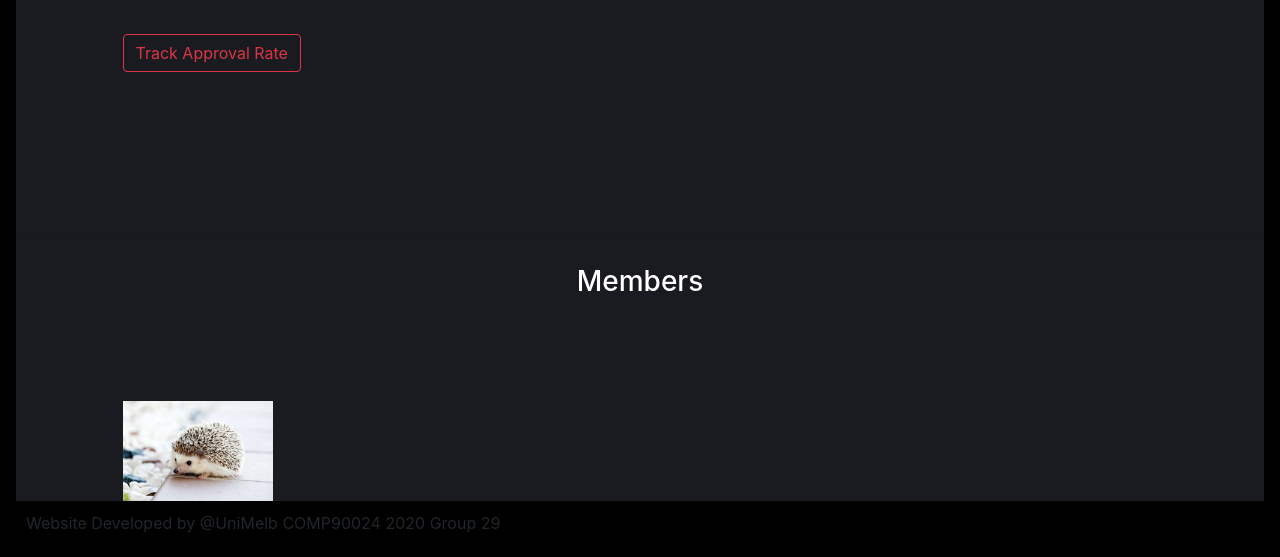
Repository: gusyi/COMP90024_Team29
Page: frontend/templates/frontend/home.html
These files come from the project's save history. The page is drawn as it stood at one moment and after the next save; the edit follows.
The browser window is 1280 px wide. The pictures show the part of the page from y = 679 to 1336 px (the page is 1236 px tall before and 1336 px after).
Some web libraries are served in a nearby version. The template is drawn by Django 3.2. The application's start-up code is not run. Other server files are loaded and not shown. The template is opened directly, without the code that normally fills it, so the values that code supplies are empty.

Above is the page before, as saved 2020-05-25 23:22:54.

### backend/frontend/templates/frontend/home.html
{% extends "base_generic.html" %}

{% block main%}

    <div style="background-color:rgb(25, 27, 33);">


    <div style="height: 30px"></div>

    <div class="row">
        <div class="col-sm-1"></div>
        <div class="col-sm-6">
           <div style="height: 70px"></div>
            <h1 style="font-size:100px;color:white;" > Scott Morrison</h1>
            <svg height="30" width="1000">
                <line x1="0" y1="30" x2="400" y2="30" style="stroke:rgb(255,255,255);stroke-width:20" />
            </svg>
            <div style="height: 20px"></div>
            <h1 style="font-size:50px;color:white;" > A Sentiment Analysis on</h1>
            <h1 style="font-size:50px;color:white;" > Twitter Content</h1>

            <div style="height: 80px"></div>
            <a href="/map/"><button type="button" class="btn btn-outline-danger">Track Approval Rate</button></a>


        </div>
        <div class="col-sm-5">
            <div style="height: 50px"></div>
            {% load static %}
            <img src="{% static 'frontend/images/test2.svg' %}" width="500" height="500"/>


        </div>

    </div>
    <div style="height: 150px"></div>
    <hr>
    <div style="height: 10px"></div>
    <h3  style="text-align: center;color:white;"> Members</h3>
    <svg height="5" width="1000">
        <line x1="0" y1="30" x2="400" y2="30" style="stroke:rgb(255,255,255);stroke-width:50" />
    </svg>
    <br>
    <div style="height: 20px"></div>
    <div class="row">
        <div class="col-sm-1"></div>
        <div class="col-sm-2">
            <div style="height: 50px"></div>
            {% load static %}
            <img src="{% static 'frontend/images/pic1.jpeg' %}" width="150" height="100"/>


        </div>

    </div>



    <div>

    </div>
    </div>



{% endblock %}

### backend/frontend/templates/base_generic.html
<!doctype html>
<html lang="en">
  <head>
    <meta charset="utf-8">
    <meta name="viewport" content="width=device-width, initial-scale=1, shrink-to-fit=no">
    <meta name="description" content="">
    <meta name="author" content="Mark Otto, Jacob Thornton, and Bootstrap contributors">
    <meta name="generator" content="Jekyll v3.8.6">
    {% block title %}<title>Morrison Index</title>{% endblock %}


    <link rel="canonical" href="https://getbootstrap.com/docs/4.4/examples/cover/">

  {% load static %}
  <link rel="stylesheet" href="{% static 'frontend/bootstrap.min.css' %}">
  <script src="https://kit.fontawesome.com/e01ef97213.js" crossorigin="anonymous"></script>

    <!-- Favicons -->
<link rel="apple-touch-icon" href="/docs/4.4/assets/img/favicons/apple-touch-icon.png" sizes="180x180">
<link rel="icon" href="/docs/4.4/assets/img/favicons/favicon-32x32.png" sizes="32x32" type="image/png">
<link rel="icon" href="/docs/4.4/assets/img/favicons/favicon-16x16.png" sizes="16x16" type="image/png">
<link rel="manifest" href="/docs/4.4/assets/img/favicons/manifest.json">
<link rel="mask-icon" href="/docs/4.4/assets/img/favicons/safari-pinned-tab.svg" color="#563d7c">
<link rel="icon" href="/docs/4.4/assets/img/favicons/favicon.ico">
<meta name="msapplication-config" content="/docs/4.4/assets/img/favicons/browserconfig.xml">
<meta name="theme-color" content="#563d7c">

    <style>
        #footer {

            padding: 10px 10px 0px 10px;
            bottom: 0;
            width: 100%;
            /* Height of the footer*/
            height: 40px;
            background: dark;
        }
        .bd-placeholder-img {
          font-size: 1.125rem;
          text-anchor: middle;
          -webkit-user-select: none;
          -moz-user-select: none;
          -ms-user-select: none;
          user-select: none;
        }

        @media (min-width: 768px) {
          .bd-placeholder-img-lg {
            font-size: 3.5rem;
          }
        }
    </style>

  </head>
  <header class="masthead mb-auto">
    <div class="inner">

        <nav class="navbar navbar-expand-lg navbar-dark bg-black">

            {% load static %}
            <img src="{% static 'frontend/images/website_logo_90_675.svg' %}" width="90" height="67"/>
            <a class="navbar-brand" href="/">Morrison Index</a>
            <button class="navbar-toggler" type="button" data-toggle="collapse" data-target="#navbarColor02" aria-controls="navbarColor02" aria-expanded="false" aria-label="Toggle navigation">
                <span class="navbar-toggler-icon"></span>
            </button>


            <div class="collapse navbar-collapse" id="navbarColor02">
                <ul class="navbar-nav mr-auto">
                <li class="nav-item active">
                    <a class="nav-link" href="/">Home <span class="sr-only">(current)</span></a>
                </li>
                <li class="nav-item">
                    <a class="nav-link" href="/map/">Map and Statistics</a>
                </li>
                </ul>

            </div>
        </nav>
    </div>
  </header>
  <body style="background-color:black;">

  {% load static %}
  <script src="{% static "frontend/main.js" %}"></script>
    <div class="cover-container d-flex w-100 h-100 p-3 mx-auto flex-column">


  <main role="main" class="inner cover">
  {% block main%}
  {% endblock%}

  </main>

  <div id="footer" >
    <div class="inner">
      <p>Website Developed by @UniMelb COMP90024 2020 Group 29</p>
    </div>
  </div>
</div>
</body>
<script src="https://code.jquery.com/jquery-3.4.1.slim.min.js" integrity="sha384-J6qa4849blE2+poT4WnyKhv5vZF5SrPo0iEjwBvKU7imGFAV0wwj1yYfoRSJoZ+n" crossorigin="anonymous"></script>
<script src="https://cdn.jsdelivr.net/npm/popper.js@1.16.0/dist/umd/popper.min.js" integrity="sha384-Q6E9RHvbIyZFJoft+2mJbHaEWldlvI9IOYy5n3zV9zzTtmI3UksdQRVvoxMfooAo" crossorigin="anonymous"></script>
<script src="https://stackpath.bootstrapcdn.com/bootstrap/4.4.1/js/bootstrap.min.js" integrity="sha384-wfSDF2E50Y2D1uUdj0O3uMBJnjuUD4Ih7YwaYd1iqfktj0Uod8GCExl3Og8ifwB6" crossorigin="anonymous"></script>

</html>

Loaded but not shown: backend/frontend/static/frontend/bootstrap.min.css (library); backend/frontend/static/frontend/main.js (library); backend/frontend/static/frontend/images/website_logo_90_675.svg (549 lines, source omitted)

After the next save:
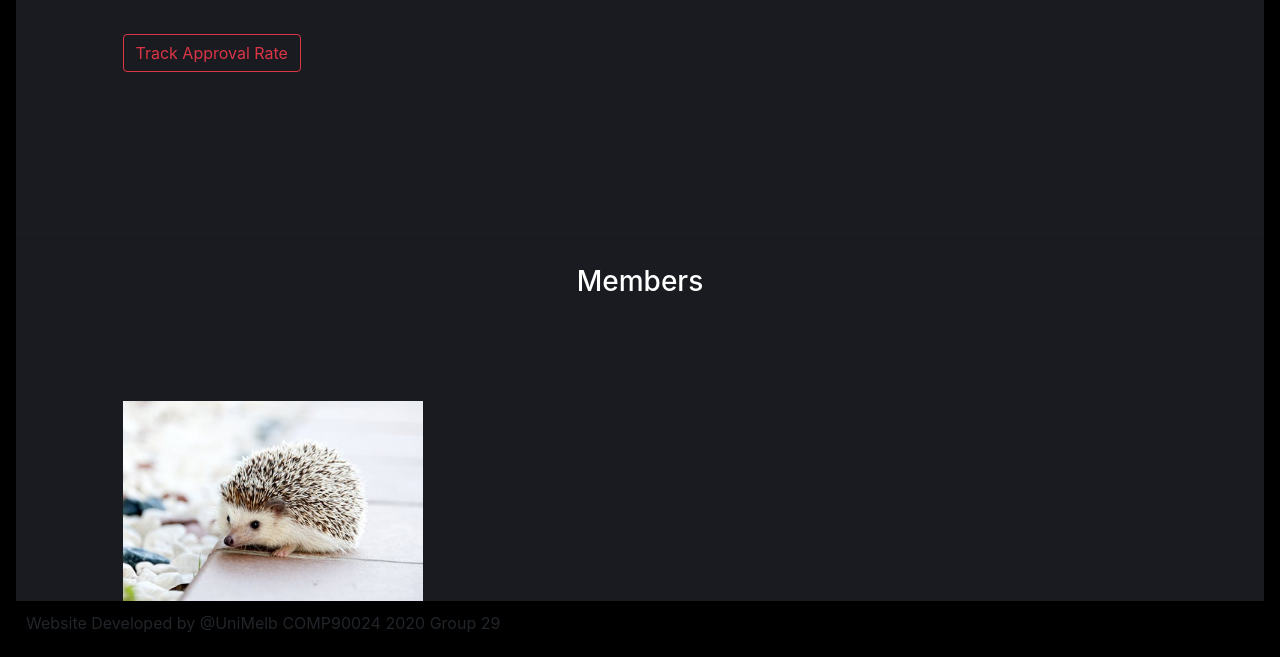
Saved 20 s later.
--- a/backend/frontend/templates/frontend/home.html
+++ b/backend/frontend/templates/frontend/home.html
@@ -47,7 +47,7 @@
         <div class="col-sm-2">
             <div style="height: 50px"></div>
             {% load static %}
-            <img src="{% static 'frontend/images/pic1.jpeg' %}" width="150" height="100"/>
+            <img src="{% static 'frontend/images/pic1.jpeg' %}" width="300" height="200"/>
 
 
         </div>
